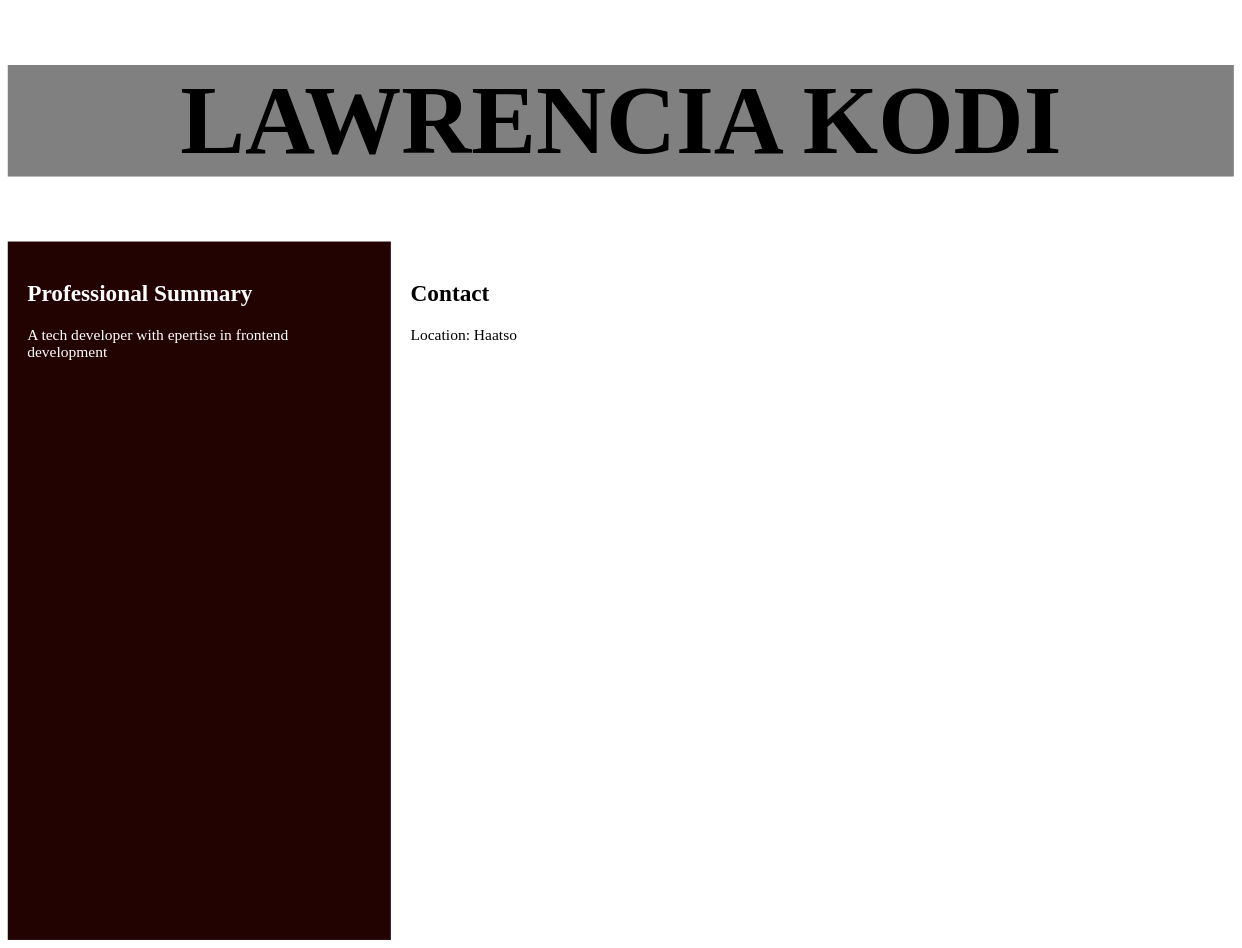
Repository: lawrencia-coder/T4G_CV
Page: index.html
These files come from the project's save history. The page is drawn as it stood at one moment and after a run of saves; the edit follows.
The browser window is 1280 px wide. The pictures show the whole page, at 97% of full size.
Some web libraries are served in a nearby version.

Above is the page before, as saved 2026-07-09 07:29:55.

### index.html
<!DOCTYPE html>
<html lang="en">
<head>
    <meta charset="UTF-8">
    <meta name="viewport" content="width=device-width, initial-scale=1.0">
    <script src="https://kit.fontawesome.com/c72fc9c022.js" crossorigin="anonymous"></script>
    <title>T4G_CV</title>
    <link rel="stylesheet" href="style.css">
</head>
<body>
    <h1>LAWRENCIA KODI</h1>
    <div class="cv-container">
        <div class="left-column">
            <h2>Professional Summary</h2>
              <p>A tech developer with epertise in frontend development</p>
        </div>
         <div class="right-column">
             <h2> Contact</h2>
              <p>Location: Haatso</p>
         </div>
    </div>

</body>
</html>

### style.css
/* working on my headings */
h1{
    text-align: center;
    background-color: grey;
    border-width: 60px;
    font-size: 100px;

}
.cv-container{
    display: flex;
    width: 100%;
    min-height: 100vh;
}

.left-column{
width: 30%;
background-color: rgb(35, 2, 2);
color: white;
padding: 20px;
}

.right-column{
    width: 70%;
    background-color: white;
    color: black;
    padding: 20px;
}

After the next 2 saves:
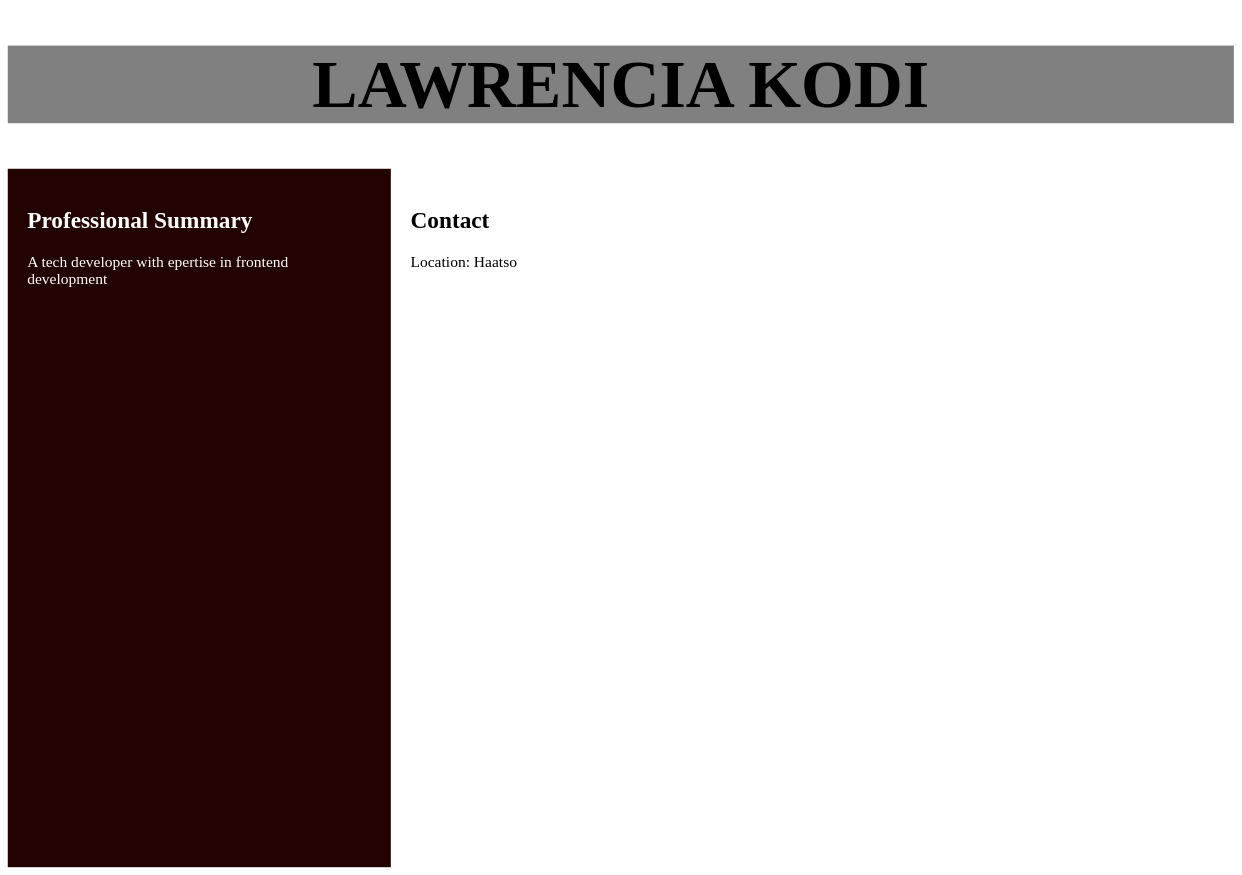
The 2 saves are shown as one change because they came seconds apart.
The last was saved 8 s later.
--- a/style.css
+++ b/style.css
@@ -3,7 +3,7 @@ h1{
     text-align: center;
     background-color: grey;
     border-width: 60px;
-    font-size: 100px;
+    font-size: 70px;
 
 }
 .cv-container{
